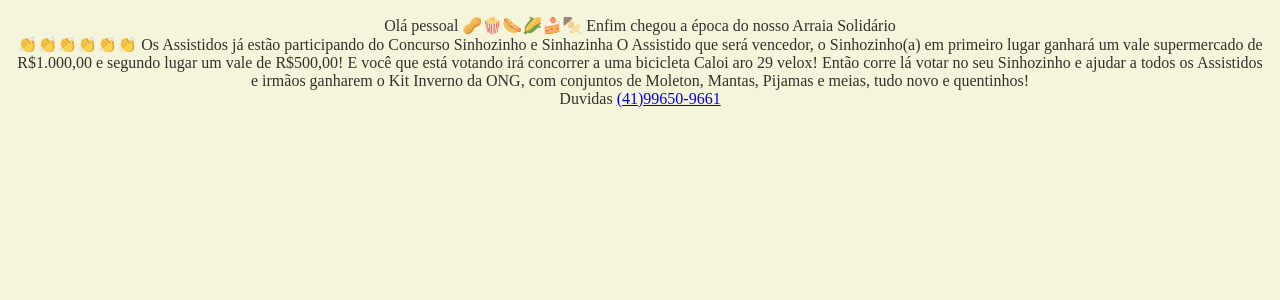
Repository: adrtrvs/qrcodeong
Page: campaignall.html
An editor plug-in stored every save of this project. The page is shown before and after the next save, followed by the edit.
The browser window is 1280 px wide. The pictures show the whole page.
Some web fonts or font styles are not loaded; a fallback is used.

Above is the page before, as saved 2023-05-26 11:28:49.

After the next save:
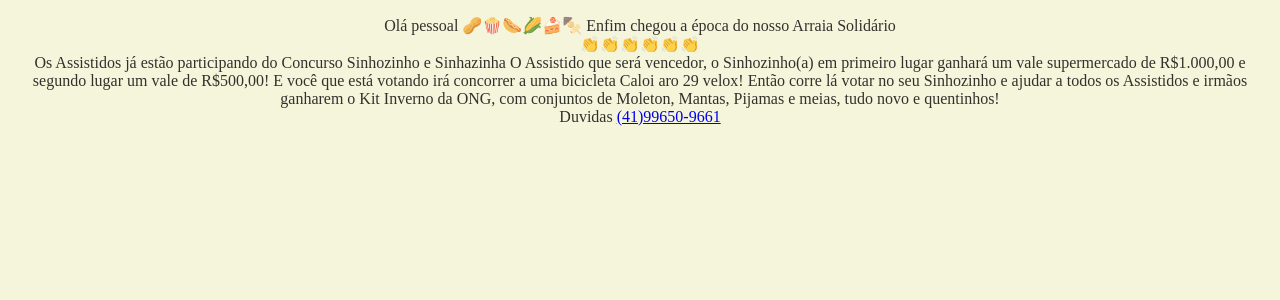
Saved 9 s later.
--- a/campaignall.html
+++ b/campaignall.html
@@ -15,13 +15,13 @@
   <body>
     <p class="campaigndescription">
       Olá pessoal 🥜🍿🌭🌽🍰🍢 Enfim chegou a época do nosso Arraia Solidário<br />
-      👏👏👏👏👏👏 Os Assistidos já estão participando do Concurso Sinhozinho e
-      Sinhazinha O Assistido que será vencedor, o Sinhozinho(a) em primeiro
-      lugar ganhará um vale supermercado de R$1.000,00 e segundo lugar um vale
-      de R$500,00! E você que está votando irá concorrer a uma bicicleta Caloi
-      aro 29 velox! Então corre lá votar no seu Sinhozinho e ajudar a todos os
-      Assistidos e irmãos ganharem o Kit Inverno da ONG, com conjuntos de
-      Moleton, Mantas, Pijamas e meias, tudo novo e quentinhos!<br />
+      👏👏👏👏👏👏 <br />Os Assistidos já estão participando do Concurso
+      Sinhozinho e Sinhazinha O Assistido que será vencedor, o Sinhozinho(a) em
+      primeiro lugar ganhará um vale supermercado de R$1.000,00 e segundo lugar
+      um vale de R$500,00! E você que está votando irá concorrer a uma bicicleta
+      Caloi aro 29 velox! Então corre lá votar no seu Sinhozinho e ajudar a
+      todos os Assistidos e irmãos ganharem o Kit Inverno da ONG, com conjuntos
+      de Moleton, Mantas, Pijamas e meias, tudo novo e quentinhos!<br />
       Duvidas
       <a href="tel:+5541996509661">(41)99650-9661</a>
     </p>
